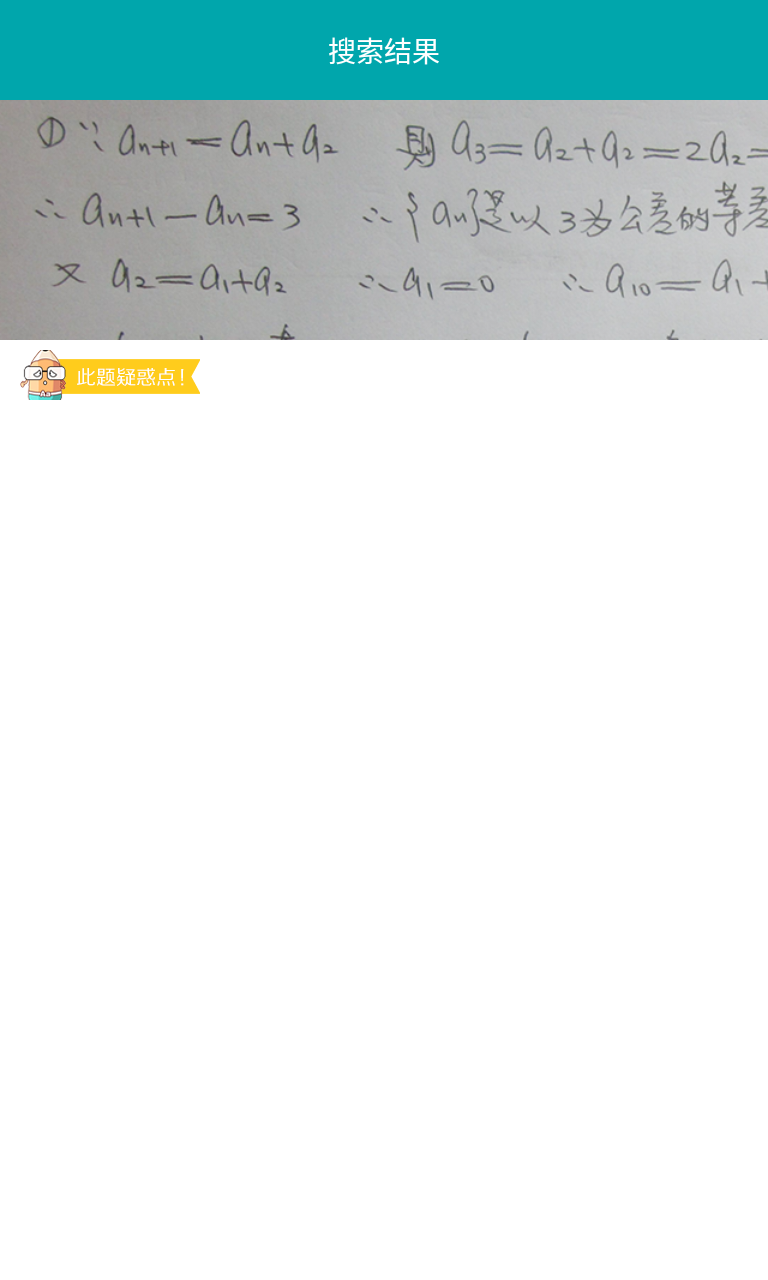
Repository: 2015-Forever/JWD
Layout: Jwd/res/layout/activity_results.xml
An editor plug-in stored every save of this project. The layout is shown before and after the next save, followed by the edit.
It is drawn on a 768 x 1280 px phone screen (xhdpi) without system bars, with theme AppTheme; the app's code is not run.

Above is the layout before, as saved 2015-07-16 08:57:30.

### Jwd/res/layout/activity_results.xml
<?xml version="1.0" encoding="utf-8"?>
<LinearLayout xmlns:android="http://schemas.android.com/apk/res/android"
    android:layout_width="match_parent"
    android:layout_height="match_parent"
    android:orientation="vertical" >

        <LinearLayout
            android:layout_width="match_parent"
            android:layout_height="50dp"
            android:background="#00a6ac"
            android:gravity="center" >

            <TextView
                android:layout_width="wrap_content"
                android:layout_height="wrap_content"
                android:text="搜索结果"
                android:textColor="#ffffff" />
        </LinearLayout>

        <ImageView
            android:layout_width="match_parent"
            android:layout_height="120dp"
            android:background="@drawable/banner" />

        <LinearLayout
            android:layout_width="match_parent"
            android:layout_height="35dp"
            android:background="#FFFFFF"
            android:gravity="center_vertical" >

            <ImageView
                android:layout_width="90dp"
                android:layout_height="25dp"
                android:layout_marginLeft="10dp"
                android:background="@drawable/navigation_icon_two" />
        </LinearLayout>

</LinearLayout>

Loaded but not shown: Jwd/res/values/styles.xml (common file); Jwd/res/values-v11/styles.xml (common file); Jwd/res/values-v14/styles.xml (common file)

After the next save:
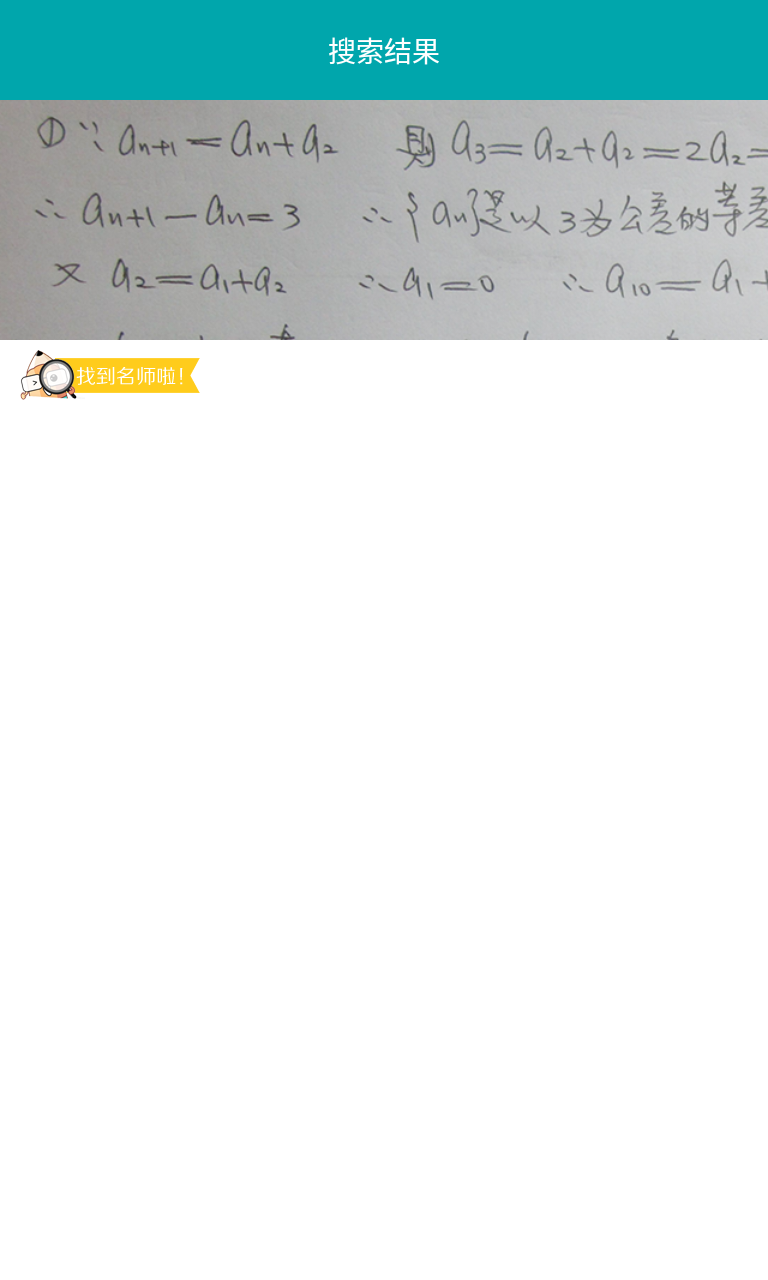
Saved 46 s later.
--- a/Jwd/res/layout/activity_results.xml
+++ b/Jwd/res/layout/activity_results.xml
@@ -32,7 +32,7 @@
                 android:layout_width="90dp"
                 android:layout_height="25dp"
                 android:layout_marginLeft="10dp"
-                android:background="@drawable/navigation_icon_two" />
+                android:background="@drawable/navigation_icon" />
         </LinearLayout>
 
 </LinearLayout>
